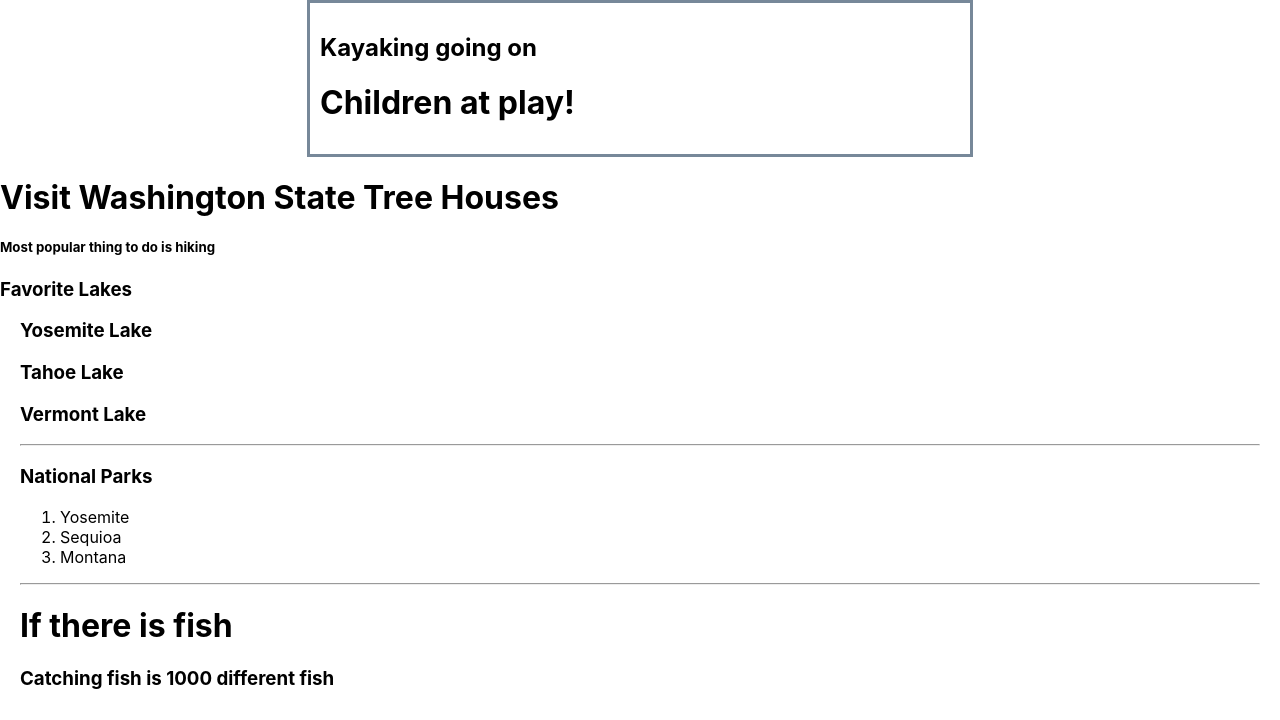
Repository: CaptainStorm21/intro-react-hooks
Page: /
The author's editor kept a copy of each file at every save. The page is drawn from the files as they stood at one save, then again after a run of saves.
The browser window is 1280 px wide. The pictures show the whole page.
The project was rebuilt for these pictures with package versions that can differ from the ones it lists, and the page was loaded fresh each time. Also part of the build but not shown: src/App.css.

Above is the page before, as saved 2020-05-27 00:11:08.

After the next 2 saves:
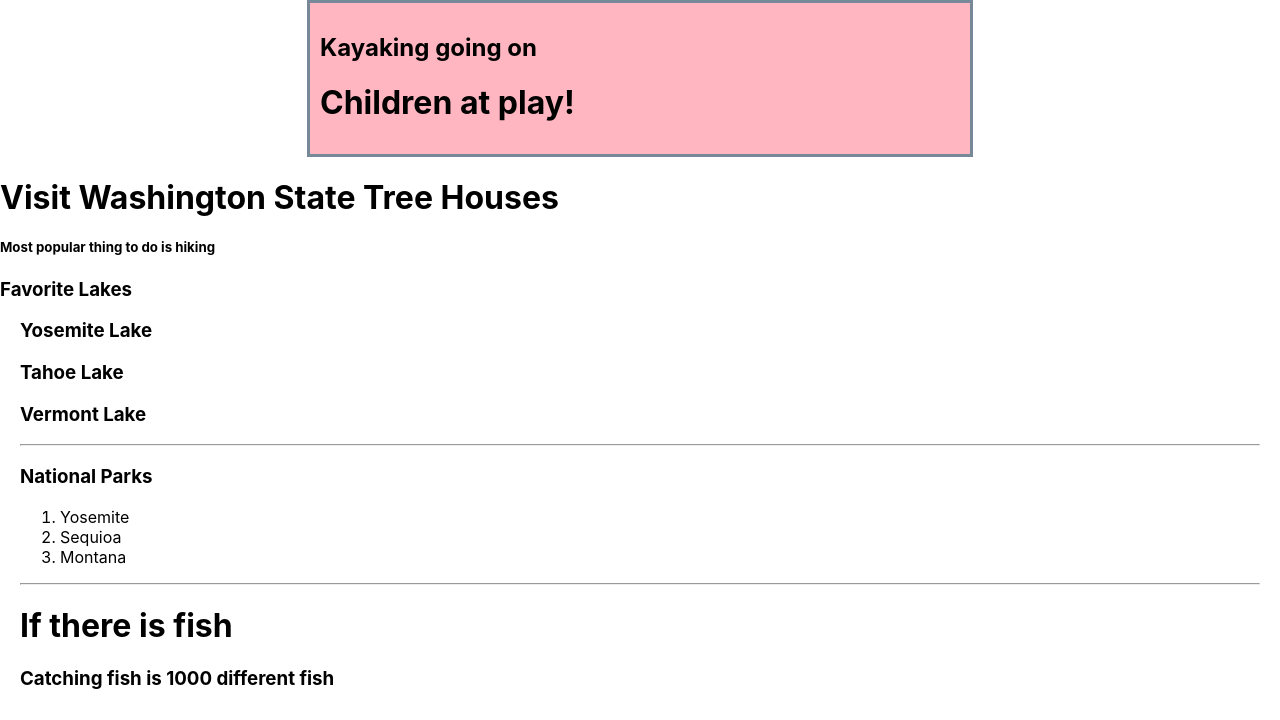
The 2 saves are shown as one change because they came seconds apart.
The last was saved 13 s later.
--- a/src/index.css
+++ b/src/index.css
@@ -22,4 +22,5 @@ code {
   border: 3px solid lightslategray;
   width: 50%;
   margin: 0 auto;
+  background-color: lightpink
 }
